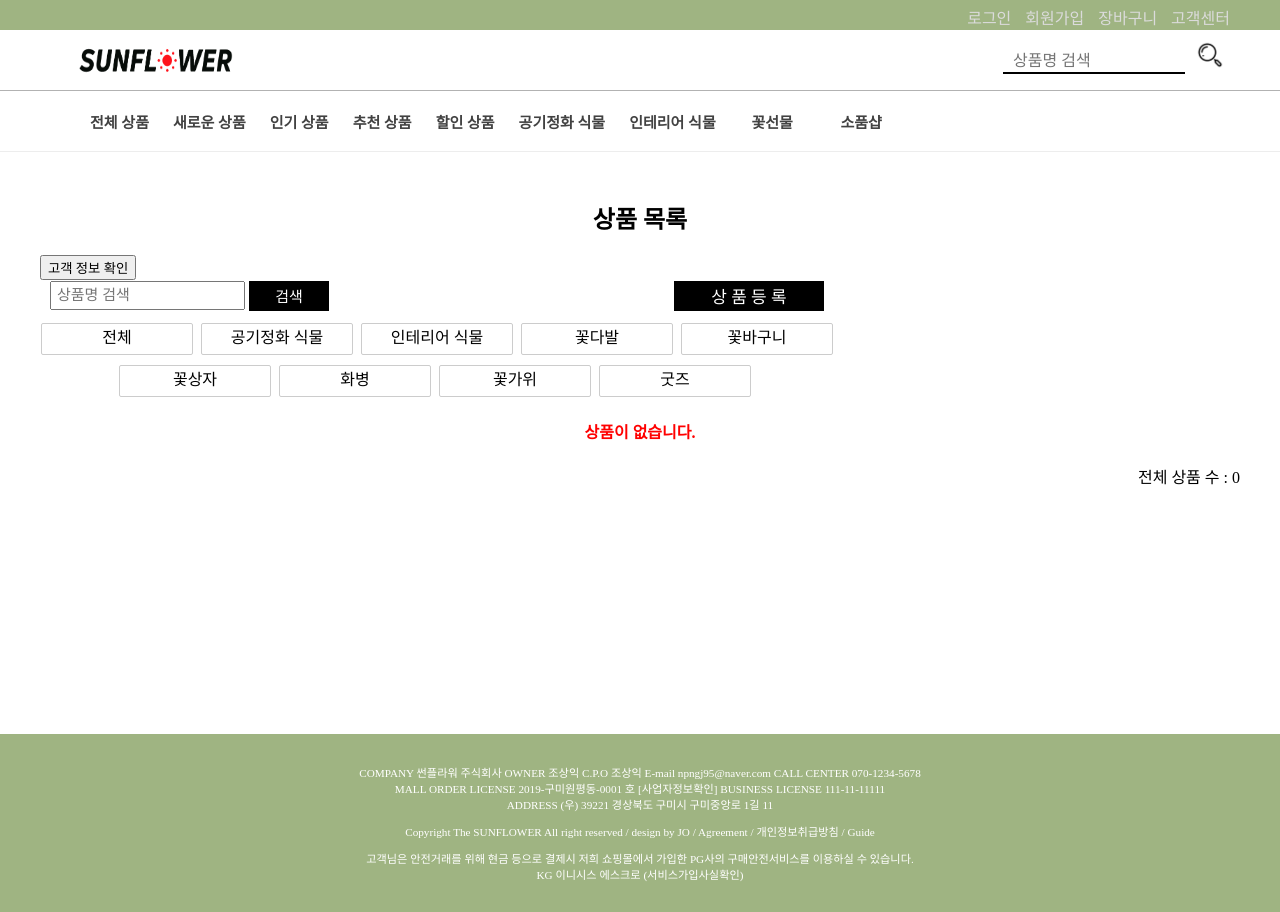
Repository: Jo-Sang-Ik/JSP_hompage
Page: http://localhost/home/product/product_list.jsp?category=11
These files come from the project's save history. The page is drawn as it stood at one moment and after the next save; the edit follows.
The browser window is 1280 px wide. The pictures show the whole page.
Some web fonts or font styles are not loaded; a fallback is used. The page is served by Tomcat 9. Other server files are loaded and not shown. Queries for data that is not in the repository find no rows.

Above is the page before, as saved 2020-05-06 01:58:17.

### workspace/home/WebContent/product/product_list.jsp
<%@ page language="java" contentType="text/html; charset=UTF-8"
    pageEncoding="UTF-8"%>
<%@page import="com.plantshop.product.*"%>
<%@ page import="java.sql.*, java.util.*, java.text.*" %>
<!DOCTYPE html>
<html>
<head>
<meta charset="utf-8">
<title>언제나 함께 썬플라워</title>
<script src="https://cdnjs.cloudflare.com/ajax/libs/jquery/3.5.0/jquery.min.js"></script>

<link href="./css/product_main.css" rel="stylesheet">
<link href="./css/product_list.css" rel="stylesheet">
</head>
<body>
<%
request.setCharacterEncoding("utf-8");

//검색 처리 부분
String condition = ""; // 조건식의 초기값은 공백값으로 설정
String pname = "";
String category = "";

// 1. pname(상품이름)으로 검색
if(request.getParameter("pname") != null && !request.getParameter("pname").equals("")) {
	pname = request.getParameter("pname");
	condition = " where pname like '%" + pname + "%' order by id";
}

// 2. category(상품분류)로 검색
if(request.getParameter("category") != null && !request.getParameter("category").equals("")) {
	category = request.getParameter("category");
	condition = " where category='" + category + "' order by id"; // 카테고리는 문자이고 정해저 있어서 =과 홀따옴표를 사용
}

String pageNum = request.getParameter("pageNum"); // 넘어오는 페이지 번호 // 넘어오다 빠질 수 있으므로 int로 받지않음.

if(pageNum == null) { // 처음페이지를 열었을 때 아무페이지도 없을 때를 위해 작성.
	pageNum = "1"; // 처음 페이지
}
%>
<div id="container">
	<%@ include file="../module/top.jsp" %>
	<section>
		<div id="content">
		   	<h2>상품 목록</h2>
		   	<div><input type="button" value="고객 정보 확인" onclick="location='../member/selectAll.jsp'"></div>
				<form name="search_form" action="product_list.jsp" method="post">
					<table class="search_table">
						<tr class="first_row">
							<td width="50%" class="first_col">
								<input type="text" name="pname" placeholder="상품명 검색"> <input type="submit" value="검색">
							</td>
							<td width="50%" class="second_col">
								<input id="item_upload" type="button" value="상 품 등 록" onclick="location='product_write.jsp?pageNum=<%=pageNum %>&category=<%=category %>&pname=<%=pname %>'">
							</td>
						</tr>
						<tr class="second_row">
							<td colspan="2">
								<a href="product_list.jsp"><div class="category">전체</div></a>&nbsp;
								<a href="product_list.jsp?category=11"><div class="category">공기정화 식물</div></a>&nbsp;
								<a href="product_list.jsp?category=22"><div class="category">인테리어 식물</div></a>&nbsp;
								<a href="product_list.jsp?category=331"><div class="category">꽃다발</div></a>&nbsp;
								<a href="product_list.jsp?category=332"><div class="category">꽃바구니</div></a><br>
								<a href="product_list.jsp?category=333"><div class="category">꽃상자</div></a>&nbsp;
								<a href="product_list.jsp?category=441"><div class="category">화병</div></a>&nbsp;
								<a href="product_list.jsp?category=442"><div class="category">꽃가위</div></a>&nbsp;
								<a href="product_list.jsp?category=443"><div class="category">굿즈</div></a>&nbsp;
							</td>
						</tr>
					</table>
				</form>
			<%
			//페이징 처리 부분
			//페이지 - 한 화면, 로우 - 상품의 수
			int pageSize = 10; // 화면에서 표시할 상품의 갯수

			int currentPage = Integer.parseInt(pageNum); // 현재 페이지 번호
			int startRow = (currentPage - 1) * pageSize + 1; // // 현재 페이지에서 보여줄 첫번째 글 [ex. (3 - 1) * 3 + 1 = 7 ]
			int endRow = currentPage * pageSize; // 3 * 3 = 9 // 이게 맞지.
			int totalRow = 0; // 전체 글 수

			int id = 0;
			NumberFormat nf = NumberFormat.getInstance();
			String price_nf = null; // 포맷 설정한 정가 ex) 45,000
			String downprice_nf = null; // 포맷 설정한 판매가 ex) 45,000
			String stock_nf = null; // 포맷 설정한 재고량 ex) 1,111 // 1000개 이상 상품
			String category_str = null; // 상품분류가 11 -> "가구"

			Connection conn = null;
			Statement stmt = null;
			PreparedStatement pstmt = null;
			ResultSet rs = null;
			String sql = null;

			// 관리자 확인
			String pwd = request.getParameter("pwd");
			String db_pwd = "";

			// 페이징 처리 - 전체 게시물 갯수 받기
			ProductDBBean dbPro = ProductDBBean.getInstance();
			totalRow = dbPro.getProductCountCondition(condition);

			// 페이징 처리 - 몇 번부터 몇 개
			List<ProductDataBean> productList = dbPro.getProductListCondition(condition, startRow, pageSize);

			if(productList.isEmpty()) {
				out.println("<div align='center'><font color='red'><h4>상품이 없습니다.</h4></font></div>");
			} else {
				out.print("<table id='product_table'><tr>");
				out.print("<th width='4%'>번호</th>");
				out.print("<th width='10%'>상품분류</th>");
				out.print("<th width='21%'>상품명</th>");
				out.print("<th width='7%'>상품번호</th>");
				out.print("<th width='9%'>제조사</th>");
				out.print("<th width='9%'>판매시작일</th>");
				out.print("<th width='8%'>정가</th>");
				out.print("<th width='8%'>판매가</th>");
				out.print("<th width='6%'>재고량</th>");
				out.print("<th width='7%'>판매수량</th>");
				out.print("<th width='7%'>판매여부</th>");
				out.print("<th width='5%'>추천</th>");
				out.print("</tr>");

				for(int i=0; i<productList.size(); i++) {
					ProductDataBean product = productList.get(i);
					out.print("<tr>");
					out.print("<td class='center'>" + (startRow+i) + "</td>"); // 빙고 - startRow로 번호 계산
					// 상품분류가 11이라면 "가구"로 출력
					switch(product.getCategory()) { // Array 구체화를 해주지않았기 때문에 object타입으로 인식
						case "11":
							category_str = "공기정화 식물";
							break;
						case "22":
							category_str = "인테리어 식물";
							break;
						case "331":
							category_str = "꽃다발";
							break;
						case "332":
							category_str = "꽃바구니";
							break;
						case "333":
							category_str = "꽃상자";
							break;
						case "441":
							category_str = "화병";
							break;
						case "442":
							category_str = "꽃가위";
							break;
						case "443":
							category_str = "굿즈";
							break;
						default:
							category_str = "기타";
							break;
					}
					out.print("<td class='center'>" + category_str + "</td>");

					// 상품명을 클릭했을 때 상품 상세보기로 이동 - category, pname, 페이지 번호를 가지고 이동
					out.print("<td class='left'><a href='product_update.jsp?");
					out.print("pageNum=" + pageNum + "&id=" + product.getId() + "&category=" + category + "&pname=" + pname + "'>");
					out.print(product.getPname() + "</a></td>");

					out.print("<td class='center'>" + product.getId() + "</td>");
					out.print("<td class='center'>" + product.getSname() + "</td>");
					out.print("<td class='center'>" + product.getInputdate() + "</td>");

					// 정가의 포맷형식을 지정
					price_nf = nf.format(product.getPrice());
					out.print("<td class='right'>" + price_nf  + "</td>");

					// 판매가(할인가)의 포맷형식을 지정
					downprice_nf = nf.format(product.getDownprice());
					out.print("<td class='right'>" + downprice_nf  + "</td>");

					// 재고량의 포맷형식을 지정
					stock_nf = nf.format(product.getStock());
					out.print("<td class='right'>" + stock_nf + "</td>");

					// 판매수량
					out.print("<td class='right'>" + product.getSalecount() + "</td>");
					// 판매 여부
					if(product.getSelling().equals("y")) {
						out.print("<td class='center'><font color='blue'>" + product.getSelling() + "</font></td>");
					} else {
						out.print("<td class='center'><font color='red'>" + product.getSelling() + "</font></td>");
					}

					// 추천 상품
					if(product.getMditem().equals("y")){
						out.print("<td class='center'><font color='blue'>" + product.getMditem() + "</font></td>");
					} else {
						out.print("<td class='center'><font color='red'>" + product.getMditem() + "</font></td>");
					}

					out.print("</tr>");
				} // end_for
			} // end_else
			out.print("</table>");
			out.print("<div align='right'>전체 상품 수 : " + totalRow + "</div>");

			// *** 페이징 처리 ***
			out.println("<div id='paging'>");
			if(totalRow > 0) {
				// int pageCount = (totalRow - 1) / pageSize + 1;           // true : false
				int totalPage = totalRow / pageSize + (totalRow % pageSize == 0 ? 0 : 1); // 전체 페이지 수 // 직관적으로 나머지가 생기면 1을 더해주는 참 좋다~
				int startPage = 1; // 시작페이지

				int count = 10; // 표시할 페이지의 수. ex) 3이라면[1][2][3],

				if(currentPage % count != 0) { // 페이지를 보여줄 갯수
					startPage = (int)(currentPage/count)*count + 1;
				} else {
					startPage = (int)((currentPage/count)-1)*count + 1;
				}

				int endPage = startPage + count - 1; // 1, 4 // 1 + 3 - 1 = 3 // 4 + 3 - 1 = 6
				if(endPage > totalPage) endPage = totalPage;

				// 1. 이전을 눌렀을 때 1페이지씩 이전으로 이동
// 				if(currentPage > 1) {
// 					out.println("<a href='product_list.jsp?pageNum=1&category=" + category + "&pname=" + pname + "'>");
// 					out.println("<div id='pnum' class='page'>&lt&lt</div></a>");


// 					out.println("<div id='pnum' class='page'>&lt</div></a>");
// 				} else {
// 					out.println("<div id='pnum' class='page'>&lt&lt</div>");
// 					out.println("<div id='pnum' class='page'>&lt</div>");
// 				}

				// 2. 이전 페이지 유무 확인 // 이전을 눌렀을 때 count페이지(보여지는 페이지 갯수) 만큼 이전으로 이동
				if(startPage > count) { // 이전을 바꾸고 싶으면 pageNum을 혹은 cuurentPage를 3으로 나눴을때 1이면
					out.println("<a href='product_list.jsp?pageNum=1&category=" + category + "&pname=" + pname + "'>");
					out.println("<div id='pnum' class='page'>&lt&lt</div></a>");

					out.println("<a href='product_list.jsp?pageNum=" + (startPage-count) + "&category=" + category + "&pname=" + pname + "'>");
					out.println("<div id='pnum' class='page'>&lt</div></a>");
				} else {
					out.println("<div id='pnum' class='page'>&lt&lt</div>");
					out.println("<div id='pnum' class='page'>&lt</div>");
				}

				// 페이지 번호 출력
				for(int i=startPage; i<=endPage; i++) {
					if(i == currentPage) {
						out.println("<div id='pnum' class='spnum'>" + i + "</div>");
					} else {
						out.print("<a href='product_list.jsp?pageNum=" + i + "&category=" + category + "&pname=" + pname +"'>");
						out.println("<div id='pnum'>" + i + "</div></a>");
					}
				}

				// 1. 다음을 눌렀을 대 1페이지씩 다음으로 이동
// 				if(currentPage < totalPage) {
// 					out.print("<a href='product_list.jsp?pageNum=" + (currentPage+1) + "&category=" + category + "&pname=" + pname);
// 					out.println("'><div id='pnum' class='page'>&gt;</div></a>");

// 					out.print("<a href='product_list.jsp?pageNum=" + totalPage + "&category=" + category + "&pname" + pname);
// 					out.println("'><div id='pnum' class='page'>&gt;&gt;</div></a>");
// 				} else {
// 					out.println("<div id='pnum' class='page'>&gt;</div>");
// 					out.println("<div id='pnum' class='page'>&gt;&gt;</div>");
// 				}

				// 다음 페이지 유무
				// 2. 다음을 눌렀을 때 count페이지만큼 다음으로 이동
				if(endPage < totalPage) {
					out.print("<a href='product_list.jsp?pageNum=" + (startPage+count) + "&category=" + category + "&pname=" + pname + "'>");
					out.println("<div id='pnum' class='page'>&gt;</div></a>");

					out.print("<a href='product_list.jsp?pageNum=" + totalPage + "&category=" + category + "&pname" + pname);
					out.println("'><div id='pnum' class='page'>&gt;&gt;</div></a>");
				} else {
					out.println("<div id='pnum' class='page'>&gt;</div>");
					out.println("<div id='pnum' class='page'>&gt;&gt;</div>");
				}
				out.println("&nbsp;<font id='tot_pages' color='blue'>" + currentPage + "/" + totalPage + "</font>");
			}
			out.println("</div>");
			%>
		</div>
	</section>
    <%@ include file="../module/bottom.jsp" %>
</div>
</body>
</html>

### workspace/home/WebContent/module/top.jsp
<%@ page language="java" contentType="text/html; charset=UTF-8" pageEncoding="UTF-8"%>
<!DOCTYPE html>
<html>
<link rel="stylesheet" href="/sunflower/module/etc.css">
<script src="/sunflower/module/etc.js"></script>
<header>
	<div class="top_login">
<%
request.setCharacterEncoding("utf-8");

String login_name = (String)session.getAttribute("login_name");
String login_id = (String)session.getAttribute("login_id");

session.setAttribute("login_id", login_id);

if(session.getAttribute("login_id") == null) { // 로그인이 되지 않은 상태
%>
	<div id="login">
		<a href="/sunflower/member/loginForm.jsp">로그인</a>
		<a href="/sunflower/member/joinForm.jsp">회원가입</a>
		<a href="/sunflower/cart/cart_list.jsp">장바구니</a>
		<a href="/sunflower/freeboard/freeboard_list.jsp">고객센터</a>
	</div>
<%} else {%>	<!-- 로그인이 된 상태 -->
	<div id="login">
		<!-- admin이면 버튼이 나타남 -->
		<% if(login_id.equals("admin") == true) { login_name = "관리자"; %>
			<a href="/sunflower/product/product_list.jsp">관리자 모드</a>
		<% } %>
		<a><%=login_name %>님</a>
		<a href="/sunflower/member/logout.jsp">로그아웃</a>
		<a href="/sunflower/member/select.jsp">개인정보 조회</a>
		<a href="/sunflower/cart/cart_list.jsp">장바구니</a>
		<a href="/sunflower/freeboard/freeboard_list.jsp">고객센터</a>
	</div>
<%} %>
	</div>
	      <div id="total_menu">
		<div id="logo">
			<img class="imgbtn" src="/sunflower/image/logo.png" onclick="location.href='/sunflower/index.jsp'">
		</div>
		<nav id="title_menu">
			<form action="/sunflower/shop_list.jsp" method="post">
				<input type="text" id="searchPname" name="searchPname" placeholder="상품명 검색">
				<input type="image" src="/sunflower/image/search.png" height="30px">
			</form>
		</nav>
		<nav id="submenu_nav">
			<div id="submenu_item">
				<a href="/sunflower/shop_list.jsp">전체 상품</a>
				<a href="/sunflower/shop_list_item.jsp?item=new">새로운 상품</a>
				<a href="/sunflower/shop_list_item.jsp?item=best">인기 상품</a>
				<a href="/sunflower/shop_list_item.jsp?item=mditem">추천 상품</a>
				<a href="/sunflower/shop_list_item.jsp?item=sale">할인 상품</a>
				<a href="/sunflower/shop_list.jsp?category=11">공기정화 식물</a>
				<a href="/sunflower/shop_list.jsp?category=22">인테리어 식물</a>
				<div id="detail_menu" class="detail_menu1">
					<a id="detail_title" href="/sunflower/shop_list.jsp?category=33">꽃선물</a>
					<div id="detail_bar">
						<a href="/sunflower/shop_list.jsp?category=331">꽃다발</a><br>
						<a href="/sunflower/shop_list.jsp?category=332">꽃바구니</a><br>
						<a href="/sunflower/shop_list.jsp?category=333">꽃상자</a>
					</div>
				</div>
				<div id="detail_menu" class="detail_menu2">
					<a id="detail_title" href="/sunflower/shop_list.jsp?category=44">소품샵</a>
					<div id="detail_bar">
						<a href="/sunflower/shop_list.jsp?category=441">화병</a><br>
						<a href="/sunflower/shop_list.jsp?category=442">꽃가위</a><br>
						<a href="/sunflower/shop_list.jsp?category=443">굿즈</a>
					</div>
				</div>
			</div>
		</nav>
	</div>
</header>
</html>

### workspace/home/WebContent/module/bottom.jsp
<%@ page language="java" contentType="text/html; charset=UTF-8"
    pageEncoding="UTF-8"%>
<!DOCTYPE html>
<html>
<footer>
	<ul>
		<li>COMPANY 썬플라워 주식회사 OWNER 조상익 C.P.O 조상익 E-mail npngj95@naver.com CALL CENTER 070-1234-5678</li>
		<li>MALL ORDER LICENSE 2019-구미원평동-0001 호 [사업자정보확인] BUSINESS LICENSE 111-11-11111
		<li> ADDRESS (우) 39221 경상북도 구미시 구미중앙로 1길 11</li>
		<li><p>Copyright The SUNFLOWER All right reserved / design by JO /
		Agreement / 개인정보취급방침 / Guide</p></li>

		<li>고객님은 안전거래를 위해 현금 등으로 결제시 저희 쇼핑몰에서 가입한 PG사의 구매안전서비스를 이용하실 수 있습니다.</li>
		<li>KG 이니시스 에스크로 (서비스가입사실확인)</li>
	</ul>
</footer>
</html>

### workspace/home/WebContent/product/css/product_main.css
section { width: 100%; margin-top: 180px; margin-bottom: 50px; min-height: 70vh; overflow: hidden; }

### workspace/home/WebContent/product/css/product_list.css
#content { width: 1200px; margin: 0 auto;}
#content h2 { text-align: center;}
#content

#content table { width: 100%; }
#content table, th, td { border: 1px solid black; border-collapse: collapse;}
#content tr { height: 30px;}
#content th { background: lightgray;}
#content .left { text-align: left; padding-left: 10px;}
#content .center { text-align: center;}
#content .right { text-align: right; padding-right: 10px;}

/* 버튼 css  */
#content .search_table #item_upload { cursor: pointer; background: black; font-size: 17px; color: white; width: 150px; height: 30px; border: 1px solid black; }
#content .search_table #item_upload:hover { background: #404040;}

#content .search_table input[type="text"] { vertical-align:top; padding-left: 5px; height: 23px; font-size: 15px;  }
#content .search_table input[type="submit"] { cursor: pointer; width: 80px; height: 30px; background: black; color:white; border: 1px solid black; font-size: 15px;}

#content .search_table { border: hidden; margin-bottom: 20px;}
#content .search_table .first_row td { border: hidden; text-align: right; padding-right: 10px;}
#content .search_table .first_row .first_col { text-align: left; padding-left: 10px;}
#content .search_table .first_row .second_col { text-align: right; padding-right: 10px;}

#content .search_table .second_row td { text-align: center; }
#content .search_table .second_row a { text-decoration: none; color: black;}
#content .search_table .category { display: inline-block; margin-top: 10px; width: 150px; height: 30px; line-height: 28px; border: 1px solid #ccc;
	background: #fff; border-radius: 2px; }
#content .search_table .category:hover { background: black; color: white; }


#content #product_table a{ color: blue;}

#content #paging { text-align: center; }
#content #paging a { text-decoration: none; }
#content #paging a:visited { color: black;}

#content #pnum { width:40px; height:30px; background:#fff; padding:0; font-size:13px; color:#333;
	border:0; line-height:30px; border-radius:2px; -moz-border-radius:2px; -webkit-border-radius:2px;
    text-align:center; display:inline-block;}
#content #pnum:hover { background: #ddd; }
#content .spnum { background:#333 !important; color:#fff !important; }
#content .page { position:relative; height: 32px!important;font-size: 15px !important; background:#fff; border:1px solid #ccc !important; border-radius:2px; }
#content .page:hover { border:1px solid #333 !important; }
#content #tot_pages { display: inline-block;width: 50px;}

### workspace/home/WebContent/module/etc.css
@font-face { font-family: 'MapoPeacefull'; src: url('https://cdn.jsdelivr.net/gh/projectnoonnu/noonfonts_2001@1.1/MapoPeacefullA.woff') format('woff'); font-weight: normal; font-style: normal; }

* { font-family: 'MapoPeacefull';}

#container { width: 100%; }
.imgbtn { cursor: pointer;}

body { margin: 0;}

header { position: fixed; z-index: 100; width: 100%; height: 60px; padding-top: 30px; padding-left: 10px; padding-right: 10px; top: 0; left: 0; background: white; border-bottom: 1px solid #b2b2b2; }

#total_menu { width: 1150px; height: 60px; margin: 0 auto; overflow: hidden; }

.top_login { width: 100%; height: 30px; position: absolute; padding: 0 10px; background: #9fb482; top: 0; left: 0;}

.top_login #login { width: 1150px; height: 30px; position: relative; margin: 0 auto; overflow: hidden; text-align: right;}

.top_login #login a { display: inline-block; padding: 5px; text-decoration: none; color: #dbdbdb;}
.top_login #login a:hover { color: white;}

#logo { float: left; height: 30px;  padding: 15px 0;}
#logo img { width: 160px; height: 30px;  display: inline-block;}

#total_menu #title_menu { height: 60px; text-align: right;}

#title_menu #searchPname { margin-top: 20px; padding-left: 10px; font-size: 16px; width: 170px; height: 20px; border-top: hidden; border-left:hidden; border-right: hidden; border-bottom: 2px solid black; outline: none;}
#title_menu input[type="image"] { float:right; margin-top: 10px; margin-left: 10px; outline: none;}

/* 서브 메뉴  */
#submenu_nav { width: 100%; height: 50px; position: absolute; display: block; top: 91px; left: 0;
	background: white; padding: 5px; border-bottom: 1px solid rgb(237, 237, 237);}

#submenu_item { width:1150px; height: 50px; position: relative; margin: 0 auto; }
#submenu_item a { position: relative; display: inline-block ;  height: 20px; margin: 15px 10px;
	font-size: 15px; font-weight: bold; color: #424242; text-decoration: none; }
#submenu_item a:hover { border-bottom: 2px solid #00cc00; }

/* 세부 메뉴  */
#detail_menu { display: inline-block; width: 85px;}
#detail_menu #detail_title { text-align: center;  width: 65px;}
.detail_menu1:hover { background: #ffe1e9;}
.detail_menu2:hover { background: #fff3d2;}

.detail_menu1 #detail_bar { background: #ffe1e9;}
.detail_menu2 #detail_bar { background: #fff3d2;}

#detail_menu #detail_bar { top: 45px; width: 85px; position: absolute; display: none;}
#detail_menu:hover #detail_bar { display: block;}
#detail_menu:hover #detail_bar a{ margin-right: 0; padding-left: 3px; border-left: 3px solid rgb(0, 204, 0, 0); border-bottom: none;}
#detail_menu:hover #detail_bar a:hover{  border-left: 3px solid rgb(0, 204, 0, 1);}

/* 풋터 설정 */
footer { font-size: 0.7em; text-align: center; padding: 30px 0; background: #9fb482; color: white;}
footer ul { list-style: none; margin:0; padding: 0;}

Loaded but not shown: workspace/home/WebContent/module/etc.js (30 lines, source omitted); workspace/home/src/com/plantshop/product/ProductDBBean.java (335 lines, source omitted)

After the next save:
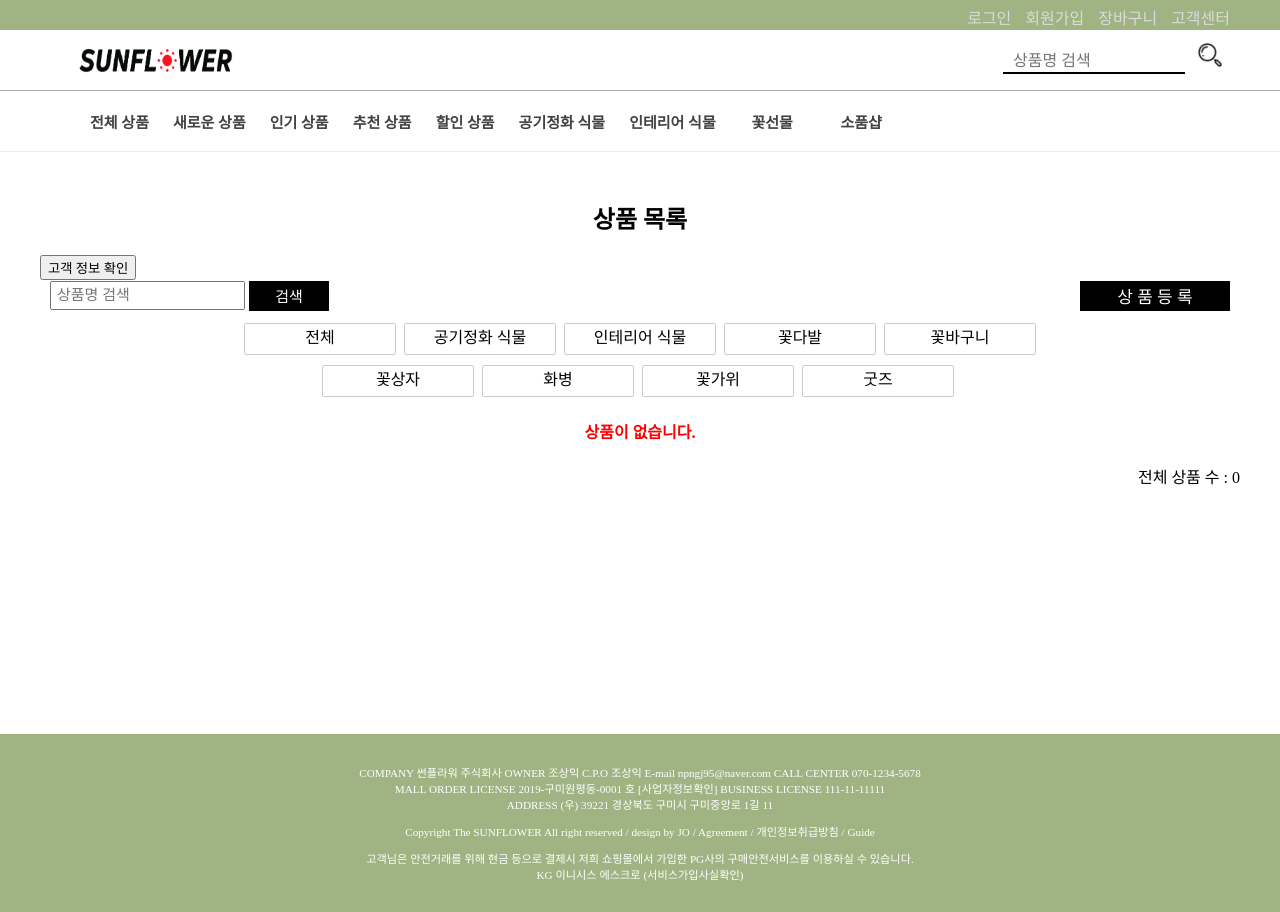
Saved 21 s later.
--- a/workspace/home/WebContent/product/css/product_list.css
+++ b/workspace/home/WebContent/product/css/product_list.css
@@ -1,6 +1,6 @@
 #content { width: 1200px; margin: 0 auto;}
 #content h2 { text-align: center;}
-#content
+#content #customer { }
 
 #content table { width: 100%; }
 #content table, th, td { border: 1px solid black; border-collapse: collapse;}
